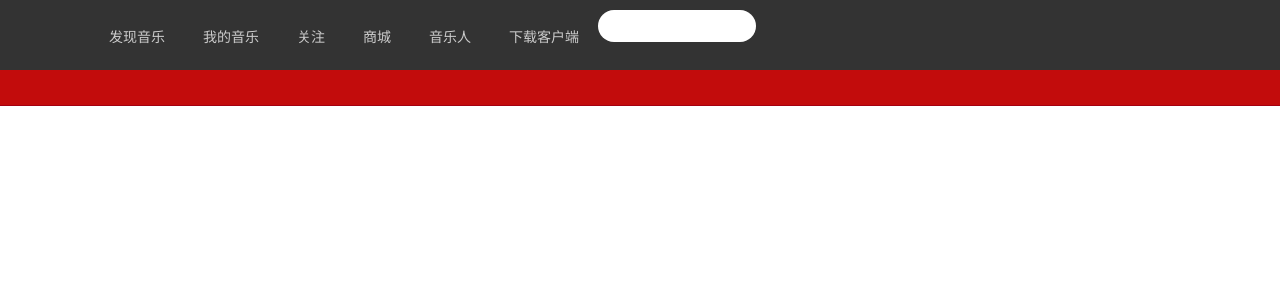
Repository: xtcgjk/-
Page: /
These files come from the project's save history. The page is drawn as it stood at one moment and after the next save; the edit follows.
The browser window is 1280 px wide. The pictures show the whole page.
The project was rebuilt for these pictures with package versions that can differ from the ones it lists, and the page was loaded fresh each time.

Above is the page before, as saved 2022-02-23 16:24:08.

### index.html
<!DOCTYPE html>
<html>
  <head>
    <meta charset="utf-8" />
    <meta name="viewport" content="width=device-width,initial-scale=1.0" />
    <title>vue-music</title>
  </head>
  <body>
    <div id="app"></div>
    <!-- built files will be auto injected -->
  </body>
</html>
<style>
  body {
    margin: 0;
    padding: 0;
  }
</style>

### src/main.js
// The Vue build version to load with the `import` command
// (runtime-only or standalone) has been set in webpack.base.conf with an alias.
import Vue from "vue";
import App from "./App";
import router from "./routers";
import http from "./axios/index";
import ElementUI from "element-ui";
import "element-ui/lib/theme-chalk/index.css";

Vue.use(ElementUI);
Vue.prototype.$http = http;

/* eslint-disable no-new */
new Vue({
  el: "#app",
  router,
  components: { App },
  template: "<App/>"
});

### src/App.vue
<template>
  <div id="app">
    <router-view></router-view>
  </div>
</template>

<script>
export default {
  name: "App",
  components: {},
};
</script>

<style>
/* #app {
  font-family: "Avenir", Helvetica, Arial, sans-serif;
  -webkit-font-smoothing: antialiased;
  -moz-osx-font-smoothing: grayscale;
  text-align: center;
  color: #2c3e50;
  margin-top: 60px;
} */
</style>

### src/routers/index.js
import Vue from "vue";
import VueRouter from "vue-router";
Vue.use(VueRouter);
const router = new VueRouter({
  mode: "history",
  routes: [
    {
      path: "/",
      redirect: "/music"
    },
    {
      path: "/music",
      component: () => import("@/views/music")
    }
  ]
});

export default router;

### src/axios/index.js
function http(userOptions) {
  console.log("成功了");
}

### src/views/music/index.vue
<template>
  <div id="container">
    <div></div>
    <Header />
    <Header2 />
  </div>
</template>

<script>
import Header from "../../components/header";
import Header2 from "../../components/header2";
export default {
  components: {
    Header,
    Header2,
  },
};
</script>
<style scoped>
</style>

### src/components/header/index.vue
<template>
  <div id="wrapper">
    <div id="header">
      <router-link to="">发现音乐</router-link>
      <router-link to="">我的音乐</router-link>
      <router-link to="">关注</router-link>
      <router-link to="">商城</router-link>
      <router-link to="">音乐人</router-link>
      <router-link to="">下载客户端</router-link>
      <div id="search"></div>
    </div>
  </div>
</template>

<script>
export default {
  name: "Header",
  data() {
    return {};
  },
};
</script>
<style scoped>
#wrapper {
  background-color: #333;
}
#header {
  width: 1100px;
  height: 70px;
  background-color: #333;
  margin: auto;
}
a {
  text-decoration: none;
  color: #ccc;
  font-style: normal;
  font-size: 14px;
  height: 70px;
  line-height: 70px;
  display: inline-block;
  padding: 0 19px;
}
#search {
  width: 158px;
  height: 32px;
  background-color: #fff;
  border-radius: 32px;
  display: inline-block;
  margin-top: 10px;
}
</style>

### src/components/header2/index.vue
<template>
  <div id="header2"></div>
</template>
<script>
export default {
  name: "Header2",
  data() {
    return {};
  },
};
</script>
<style scoped>
#header2 {
  height: 35px;
  background-color: #c20c0c;
  border-bottom: 1px solid #a40011;
}
</style>

After the next save:
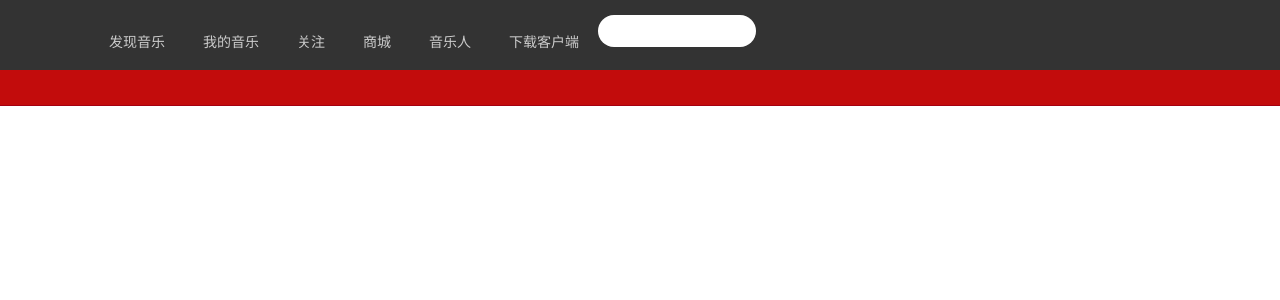
Saved 14 s later.
--- a/src/components/header/index.vue
+++ b/src/components/header/index.vue
@@ -46,6 +46,6 @@ a {
   background-color: #fff;
   border-radius: 32px;
   display: inline-block;
-  margin-top: 10px;
+  margin-top: 15px;
 }
 </style>
